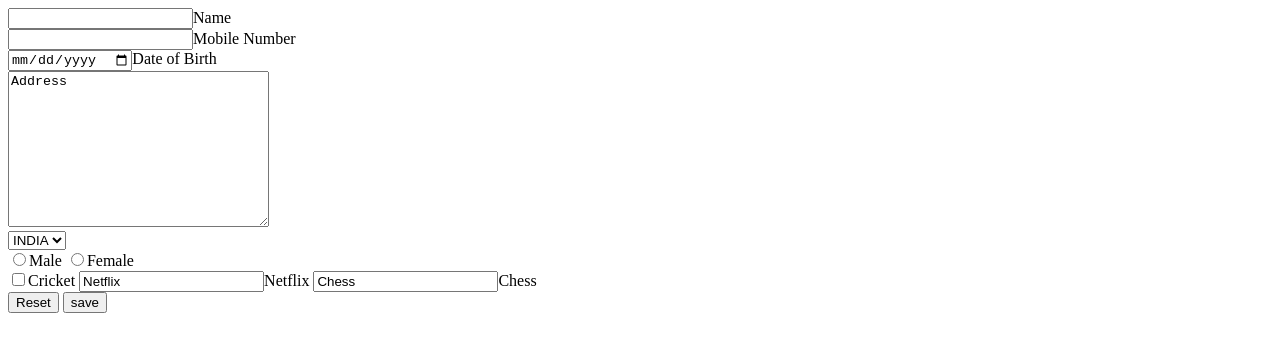
Repository: mannu343/project
Page: student/src/main/webapp/student.html
An editor plug-in stored every save of this project. The page is shown before and after the next save, followed by the edit.
The browser window is 1280 px wide. The pictures show the whole page.

Above is the page before, as saved 2023-01-31 17:24:28.

After the next save:
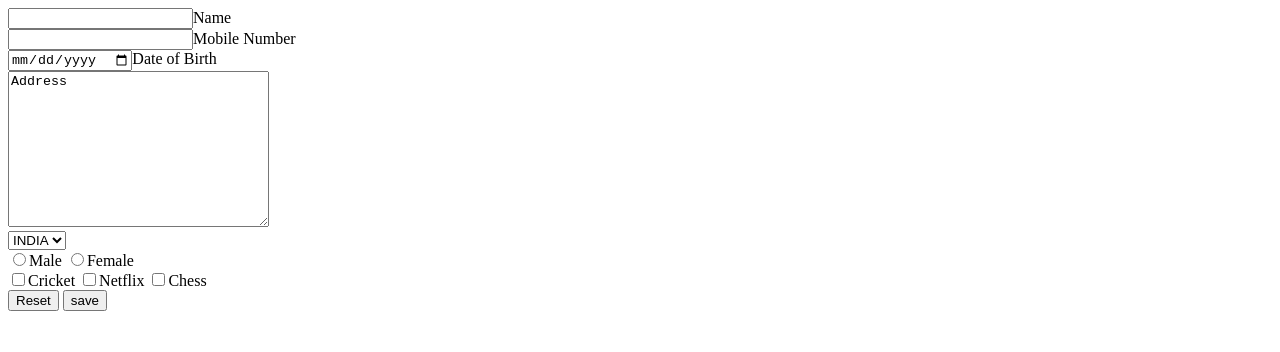
Saved 12 s later.
--- a/student/src/main/webapp/student.html
+++ b/student/src/main/webapp/student.html
@@ -18,8 +18,8 @@
 <input name="gen" type="radio" value="Male">Male
 <input name="gen" type="radio" value="Female">Female <br>
 <input type="checkbox" name="hobies" value="Cricket">Cricket
-<input name="hobies" value="Netflix">Netflix
-<input name="hobies" value="Chess">Chess <br>
+<input type="checkbox" name="hobies" value="Netflix">Netflix
+<input type="checkbox" name="hobies" value="Chess">Chess <br>
 
 
 <input type="reset">
